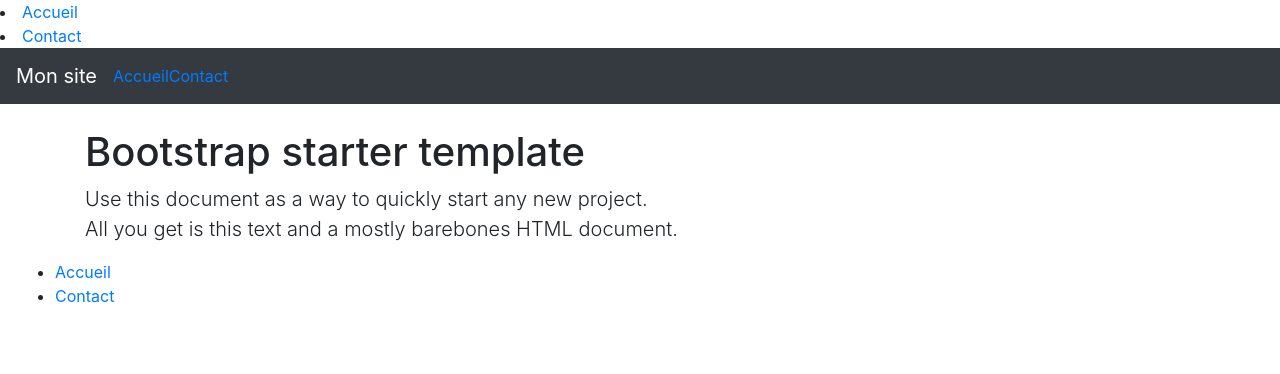
Repository: Alex-Serky/Backend_PHP
Page: http://localhost/
These files come from the project's save history. The page is drawn as it stood at one moment and after the next save; the edit follows.
The browser window is 1280 px wide. The pictures show the whole page.
Some web libraries are served in a nearby version. The page is run by PHP 8.4 with error messages shown; the project is at /var/www/html/.

Above is the page before, as saved 2020-07-20 17:32:51.

### index.php
<?php

$nav = 'index';
$title = 'Page d\'accueil';
require 'header.php';
?>

<div class="starter-template">
    <h1>Bootstrap starter template</h1>
    <p class="lead">Use this document as a way to quickly start any new project.<br> All you get is this text and a mostly barebones HTML document.</p>
</div>

<?php require 'footer.php'; ?>

### header.php
<?php

require 'menu.php';

?>

<!doctype html>
<html lang="en">

<head>
    <meta charset="utf-8">
    <meta name="viewport" content="width=device-width, initial-scale=1, shrink-to-fit=no">
    <meta name="description" content="">
    <meta name="author" content="">
    <link rel="icon" href="/docs/4.0/assets/img/favicons/favicon.ico">

    <title>
        <?php if(isset($title)): ?>
            <?= $title; ?>
        <?php else: ?>
            Mon site
        <?php endif; ?>
    </title>

    <!-- Bootstrap core CSS -->
    <link rel="stylesheet" href="https://stackpath.bootstrapcdn.com/bootstrap/4.5.0/css/bootstrap.min.css" integrity="sha384-9aIt2nRpC12Uk9gS9baDl411NQApFmC26EwAOH8WgZl5MYYxFfc+NcPb1dKGj7Sk" crossorigin="anonymous">

</head>

<body>

    <nav class="navbar navbar-expand-md navbar-dark bg-dark mb-4">
        <a class="navbar-brand" href="#">Mon site</a>
        <button class="navbar-toggler" type="button"
                data-toggle="collapse" data-target="#navbarsExampleDefault"
                aria-controls="navbarsExampleDefault" aria-expanded="false"
                aria-label="Toggle navigation">
            <span class="navbar-toggler-icon"></span>
        </button>

        <div class="collapse navbar-collapse"
            id="navbarsExampleDefault">
            <ul class="navbar-nav mr-auto">
                <?php require 'menu.php' ?>
            </ul>
        </div>
    </nav>

    <main role="main" class="container">

### menu.php
<?php

if (!function_exists('nav_item')) {
    function nav_item(string $lien, string $titre, string $linkClass = ''): string
    {
        $classe = 'nav-item';
        if ($_SERVER['SCRIPT_NAME'] === $lien) {
            $classe .= ' active';
        }
        return <<<HTML
            <li class="$classe">
                <a class="$linkClass" href="$lien">$titre</a>
            </li>
HTML;
    }
}

?>

<?= nav_item('/Backend_PHP/index.php', 'Accueil') ?>
<?= nav_item('/Backend_PHP/contact.php', 'Contact') ?>

### footer.php
</main><!-- /.container -->

<div class="row"></div>
    <div class="col-md-4"></div>
    <div class="col-md-4"></div>
    <div class="col-md-4">
        <ul>
            <?php require 'menu.php' ?>
        </ul>
    </div>
</div>

<script src="https://code.jquery.com/jquery-3.2.1.slim.min.js" integrity="sha384-KJ3o2DKtIkvYIK3UENzmM7KCkRr/rE9/Qpg6aAZGJwFDMVNA/GpGFF93hXpG5KkN" crossorigin="anonymous"></script>
<script src="https://cdnjs.cloudflare.com/ajax/libs/popper.js/1.12.9/umd/popper.min.js" integrity="sha384-ApNbgh9B+Y1QKtv3Rn7W3mgPxhU9K/ScQsAP7hUibX39j7fakFPskvXusvfa0b4Q" crossorigin="anonymous"></script>
<script src="https://maxcdn.bootstrapcdn.com/bootstrap/4.0.0/js/bootstrap.min.js" integrity="sha384-JZR6Spejh4U02d8jOt6vLEHfe/JQGiRRSQQxSfFWpi1MquVdAyjUar5+76PVCmYl" crossorigin="anonymous"></script>
</body>

</html>

After the next save:
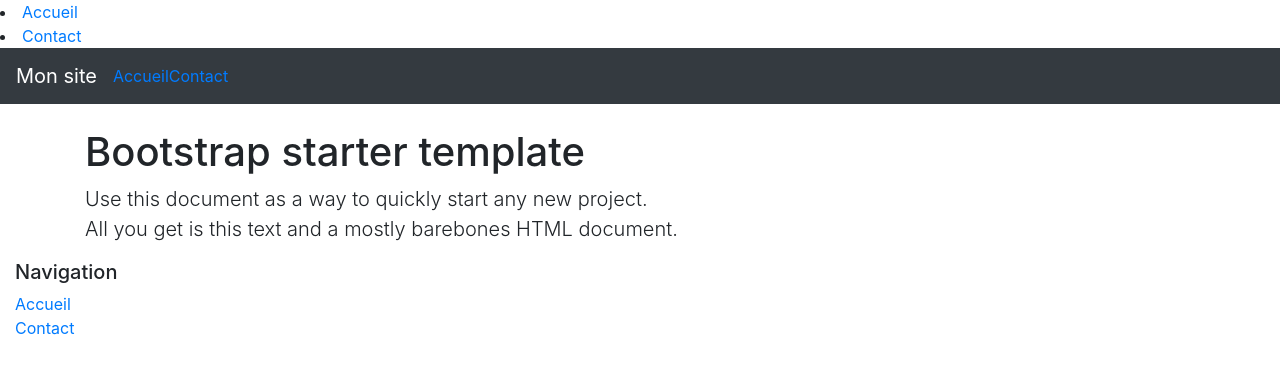
Saved 4 min 42 s later.
--- a/footer.php
+++ b/footer.php
@@ -4,7 +4,8 @@
     <div class="col-md-4"></div>
     <div class="col-md-4"></div>
     <div class="col-md-4">
-        <ul>
+        <h5>Navigation</h5>
+        <ul class="list-unstyled text-small">
             <?php require 'menu.php' ?>
         </ul>
     </div>
